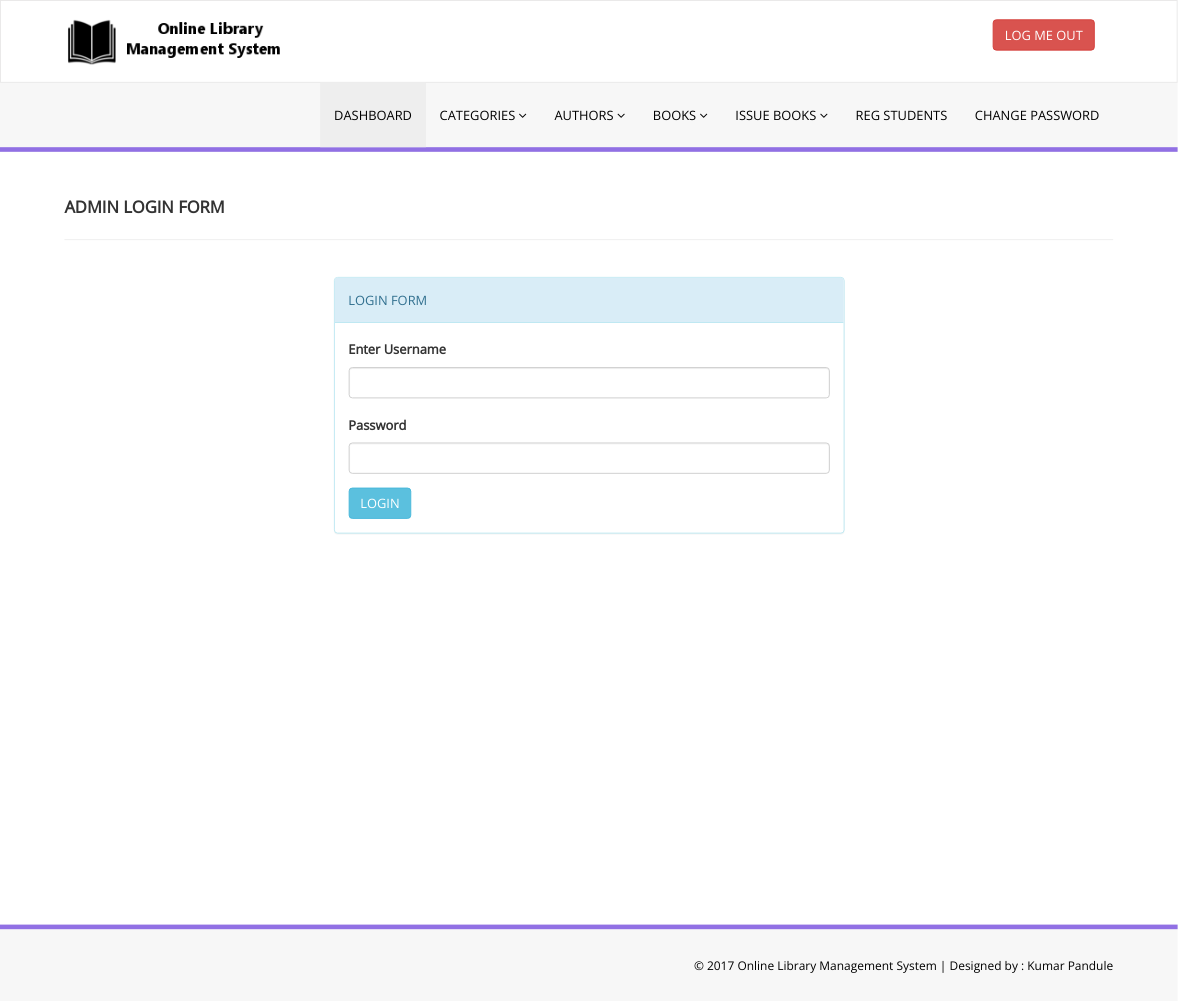
Repository: ayushabrol13/Online-Library-Management-System
Page: http://localhost/admin/index.php
An editor plug-in stored every save of this project. The page is shown before and after the next save, followed by the edit.
The browser window is 1280 px wide. The pictures show the whole page, at 92% of full size.
The page is run by PHP 8.4 with error messages shown; the project is at /var/www/html/.

Above is the page before, as saved 2022-11-29 12:33:25.
Console error: TypeError: $(...).dataTable is not a function

After the next save:
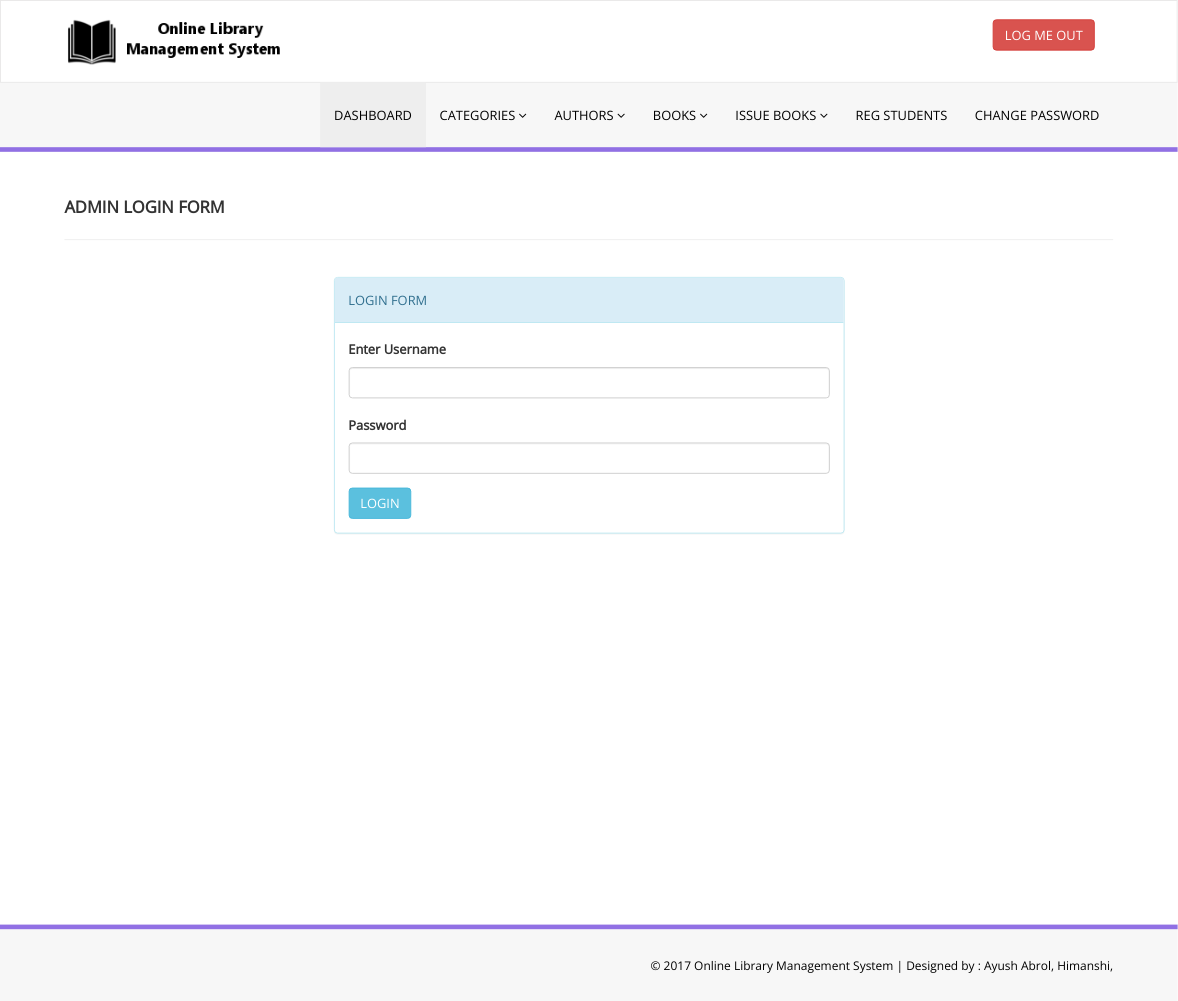
Saved 9 s later.
--- a/library/admin/includes/footer.php
+++ b/library/admin/includes/footer.php
@@ -2,7 +2,7 @@
         <div class="container">
             <div class="row">
                 <div class="col-md-12">
-                   &copy; 2017 Online Library Management System |<a href="https://github.com/ayushabrol13" target="_blank"  > Designed by : Kumar Pandule</a>
+                   &copy; 2017 Online Library Management System |<a href="https://github.com/ayushabrol13" target="_blank"  > Designed by : Ayush Abrol, Himanshi, </a>
                 </div>
 
             </div>
